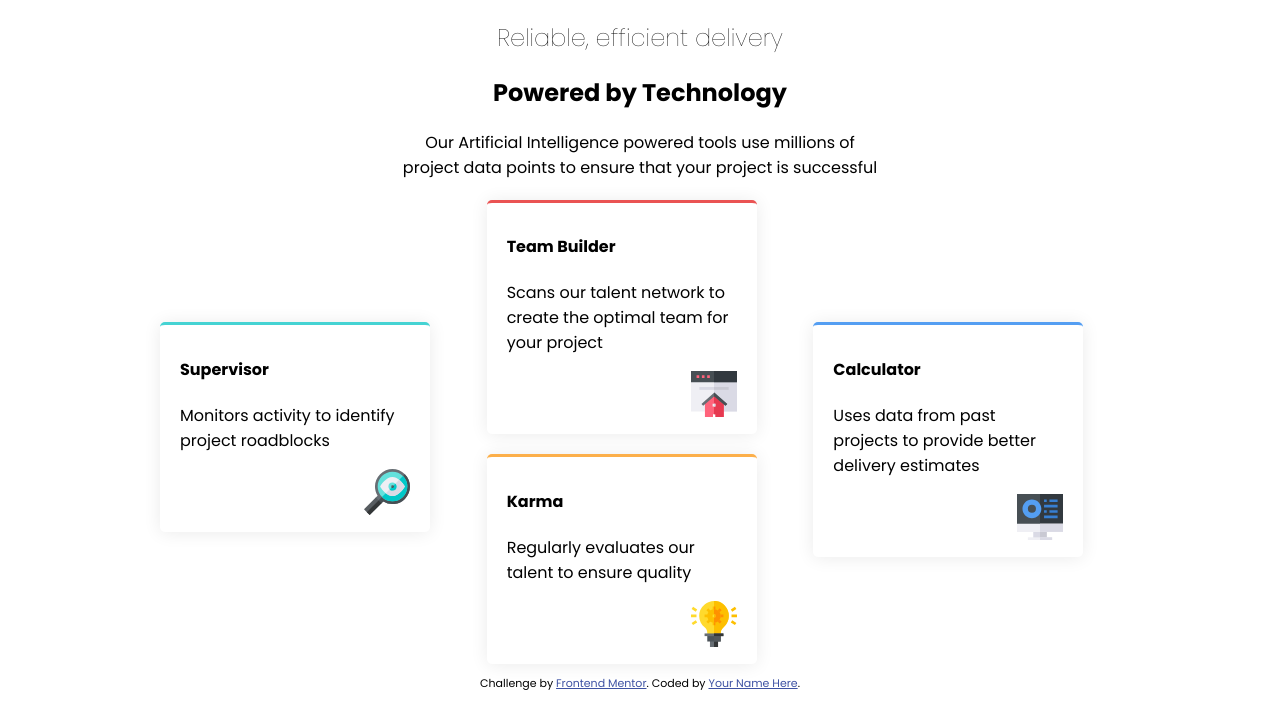
Repository: BuduCE/four-card-feature-section-master
Page: index.html
These files come from the project's save history. The page is drawn as it stood at one moment and after the next save; the edit follows.
The browser window is 1280 px wide. The pictures show the whole page.

Above is the page before, as saved 2023-06-06 15:53:08.

### index.html
<!DOCTYPE html>
<html lang="en">
<head>
  <meta charset="UTF-8">
  <meta name="viewport" content="width=device-width, initial-scale=1.0"> <!-- displays site properly based on user's device -->

  <link rel="icon" type="image/png" sizes="32x32" href="./images/favicon-32x32.png">

  <title>Frontend Mentor | Four card feature section</title>

  <link rel="stylesheet" href="styles.css">
  <!-- Gogle font family -->
  <link rel="preconnect" href="https://fonts.googleapis.com">
  <link rel="preconnect" href="https://fonts.gstatic.com" crossorigin>
  <link
    href="https://fonts.googleapis.com/css2?family=Montserrat:ital,wght@0,200;0,300;0,400;0,500;0,600;0,700;0,800;0,900;1,200;1,300;1,400;1,500;1,600;1,700;1,800;1,900&family=Poppins:wght@100;200;300;400;500;700;900&display=swap"
    rel="stylesheet">
</head>
<body>
  <h2 class="light">Reliable, efficient delivery</h2>
  <h2>Powered by Technology</h2>

  <p class="header_detail">Our Artificial Intelligence powered tools use millions of project data points
  to ensure that your project is successful</p>

  <div class="product_card">
    <div class="card_containers">
      <div class="card specialX a">
        <h4>Supervisor</h4>
        <p>Monitors activity to identify project roadblocks</p>
        <img src="./images/icon-supervisor.svg" alt="">
      </div>
    </div>

    <div class="card_containers special">
      <div class="card b">
        <h4>Team Builder</h4>
        <p>Scans our talent network to create the optimal team for your project</p>
        <img src="./images/icon-team-builder.svg" alt="">
      </div>

      <div class="card c">
        <h4>Karma</h4>
        <p>Regularly evaluates our talent to ensure quality</p>
        <img src="./images/icon-karma.svg" alt="">
      </div>
    </div>

    <div class="card_containers">
      <div class="card specialX d">
        <h4>Calculator</h4>
        <p>Uses data from past projects to provide better delivery estimates</p>
        <img src="./images/icon-calculator.svg" alt="">
      </div>
    </div>
  </div>

  <footer>
    <p class="attribution">
      Challenge by <a href="https://www.frontendmentor.io?ref=challenge" target="_blank">Frontend Mentor</a>.
      Coded by <a href="#">Your Name Here</a>.
    </p>
  </footer>
</body>
</html>

### styles.css
.attribution {
    font-size: 11px;
    text-align: center;
}

.attribution a {
    color: hsl(228, 45%, 44%);
}

body {
    font-family: 'Poppins', sans-serif;
    text-align: center;
    width: 75%;
    margin: auto;
}
@media screen and (max-width: 728px) {
    body{
        width: 95%;
    }
}
.light{
    font-weight: lighter;
}
.header_detail{
    width: 50%;
    margin: auto;
}
.product_card{
    display: grid;
    grid-template-columns: 1fr 1fr 1fr;
    /* display: flex;
    align-items: center; */
    gap: 20px;
    width: 100%;
    margin: auto;
    margin-top: 20px;
}
@media screen and (max-width: 783px) {
    .product_card{
        grid-template-columns: 1fr;
    }
}
.card{
    padding: 10px 20px;
    width: 75%;
    text-align: left;
    -webkit-box-shadow: 0px 1px 18px 0px rgba(235, 235, 235, 1);
        -moz-box-shadow: 0px 1px 18px 0px rgba(235, 235, 235, 1);
        box-shadow: 0px 1px 18px 0px rgba(235, 235, 235, 1);
        border-radius: 5px;
}
.specialX{
    margin-top: 40%;
}
.special{
    display: flex;
    flex-direction: column;
    gap: 20px;
}
.a{
    border-top: 3px solid hsl(180, 62%, 55%);
}
.b{
    border-top: 3px solid hsl(0, 78%, 62%);
}
.c{
    border-top: 3px solid hsl(34, 97%, 64%);
}
.d{
    border-top: 3px solid hsl(212, 86%, 64%);
}
.card img{
    width: 20%;
    margin-left: 80%;
}

### images/icon-supervisor.svg
<svg xmlns="http://www.w3.org/2000/svg" width="64" height="64"><g fill="none"><path fill="#676E74" d="M56.842 7.158c-9.526-9.563-24.902-9.525-34.428 0-8.025 8.026-9.45 20.44-3.525 30.003l-2.513 2.55-1.356 6.144 4.214 4.214 5.093-2.408 2.512-2.55a24.254 24.254 0 0030.003-3.525c9.563-9.526 9.525-24.902 0-34.428z"/><path fill="#474F54" d="M24.327 47.661l2.512-2.55a24.254 24.254 0 0030.003-3.525c9.563-9.526 9.525-24.902 0-34.428l-40.26 40.26 2.652 2.651 5.093-2.408z"/><path fill="#64E1DC" d="M54.213 9.787a20.56 20.56 0 00-14.585-6.041C28.236 3.746 19 12.98 19 24.372a20.564 20.564 0 006.041 14.586 20.564 20.564 0 0014.586 6.04c11.392 0 20.626-9.234 20.626-20.626a20.56 20.56 0 00-6.041-14.585z"/><path fill="#00C8C8" d="M60.254 24.372a20.56 20.56 0 00-6.041-14.585l-29.17 29.17A20.564 20.564 0 0039.627 45c11.392 0 20.626-9.235 20.626-20.627z"/><path fill="#EFEFF4" d="M56.239 23.41c-.184-.307-2.98-4.914-7.281-8.368-2.63-2.113-5.822-3.796-9.33-3.796-9.242 0-16.314 11.669-16.61 12.165l-.576.961.575.961c.184.309 2.98 4.916 7.28 8.37 2.631 2.112 5.823 3.795 9.33 3.795 9.243 0 16.315-11.668 16.612-12.165l.574-.96-.574-.962z"/><path fill="#DADAE5" d="M56.239 25.333l.574-.96-.574-.962c-.184-.308-2.98-4.915-7.281-8.369l-18.66 18.66c2.63 2.113 5.822 3.796 9.33 3.796 9.242 0 16.314-11.668 16.61-12.165z"/><path fill="#64E1DC" d="M43.604 20.396a5.607 5.607 0 00-3.976-1.65 5.632 5.632 0 00-5.626 5.626c0 1.551.631 2.958 1.65 3.976a5.609 5.609 0 003.976 1.65 5.632 5.632 0 005.625-5.626c0-1.55-.63-2.957-1.649-3.976z"/><path fill="#00C8C8" d="M45.253 24.372c0-1.55-.63-2.957-1.649-3.976l-7.952 7.952a5.608 5.608 0 003.976 1.65 5.632 5.632 0 005.625-5.626z"/><path fill="#676E74" d="M40.954 23.046a1.876 1.876 0 10-1.326 3.2 1.876 1.876 0 001.326-3.2z"/><path fill="#474F54" d="M41.503 24.372c0-.517-.21-.986-.55-1.326l-2.65 2.652a1.876 1.876 0 003.2-1.326z"/><path fill="#575C60" d="M20.333 43.667l-3.957-3.957L0 56.049l3.975 3.976L7.951 64l16.376-16.339z"/><path fill="#333637" d="M24.327 47.661l-3.994-3.994L3.975 60.025 7.951 64z"/></g></svg>

After the next save:
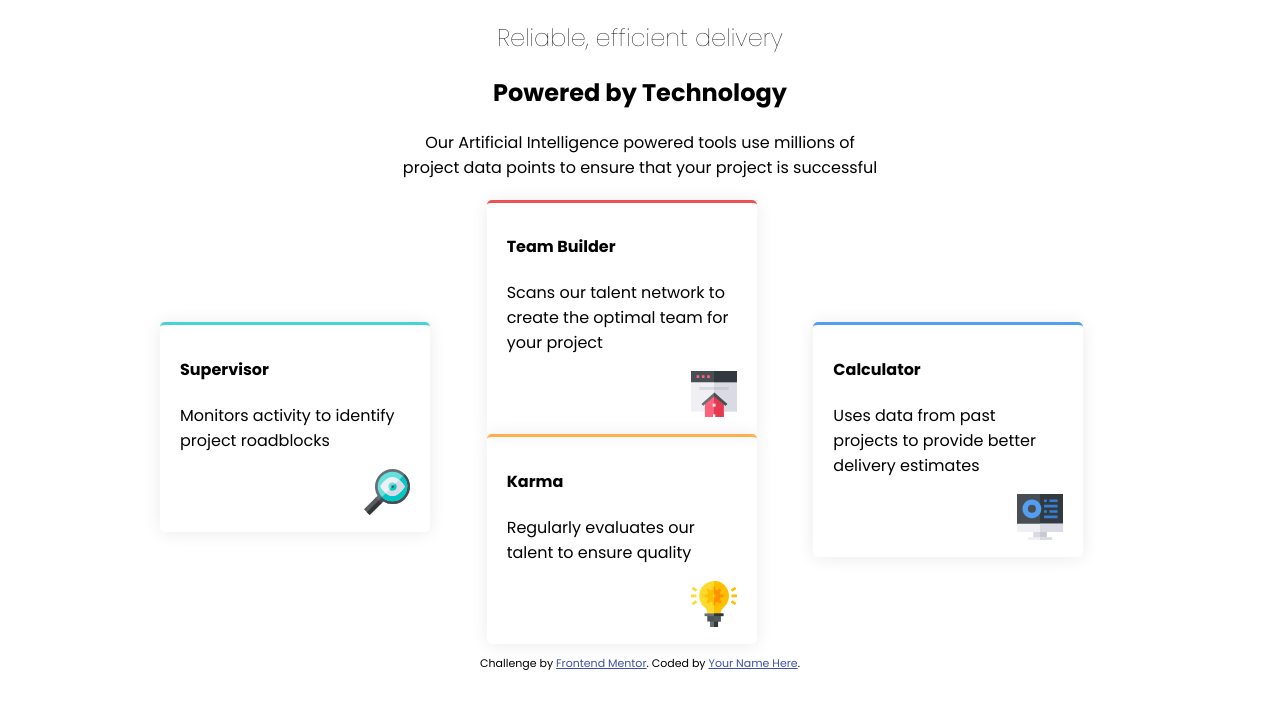
Saved 50 s later.
--- a/styles.css
+++ b/styles.css
@@ -55,7 +55,7 @@
 .special{
     display: flex;
     flex-direction: column;
-    gap: 20px;
+    /* gap: 20px; */
 }
 .a{
     border-top: 3px solid hsl(180, 62%, 55%);

After the save that followed:
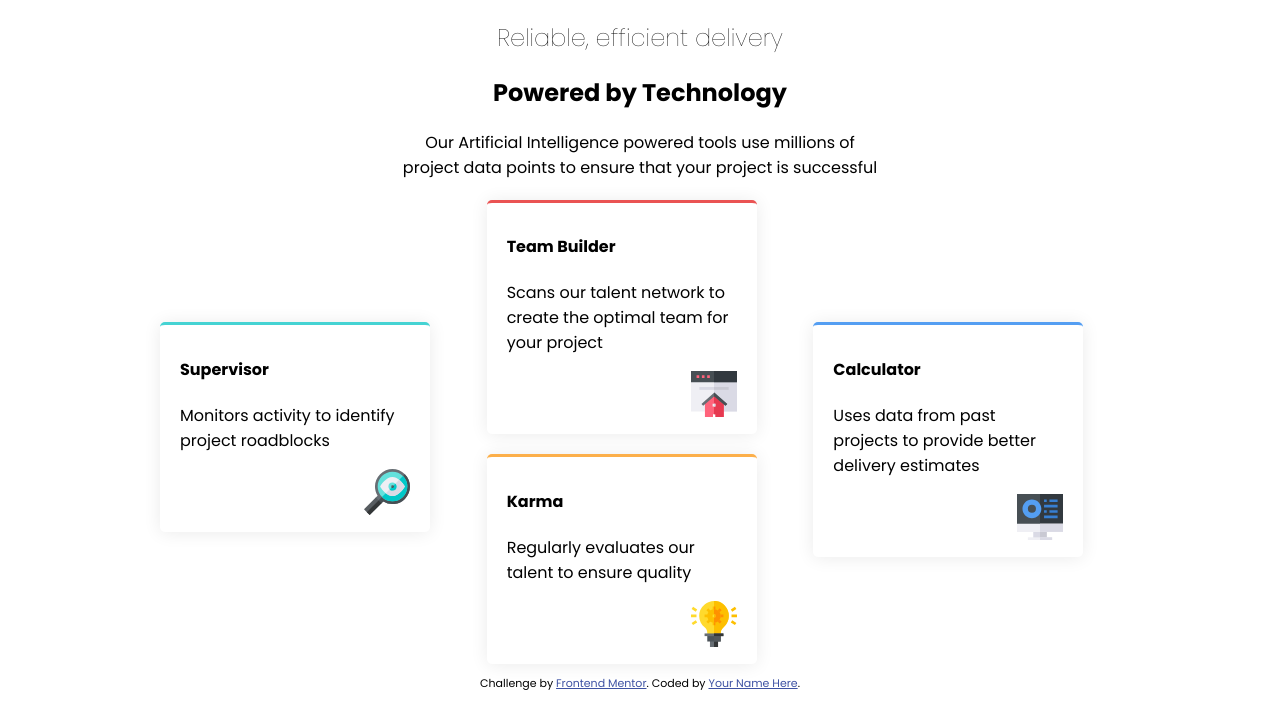
Saved 5 s later.
--- a/styles.css
+++ b/styles.css
@@ -55,7 +55,7 @@
 .special{
     display: flex;
     flex-direction: column;
-    /* gap: 20px; */
+    gap: 20px;
 }
 .a{
     border-top: 3px solid hsl(180, 62%, 55%);
